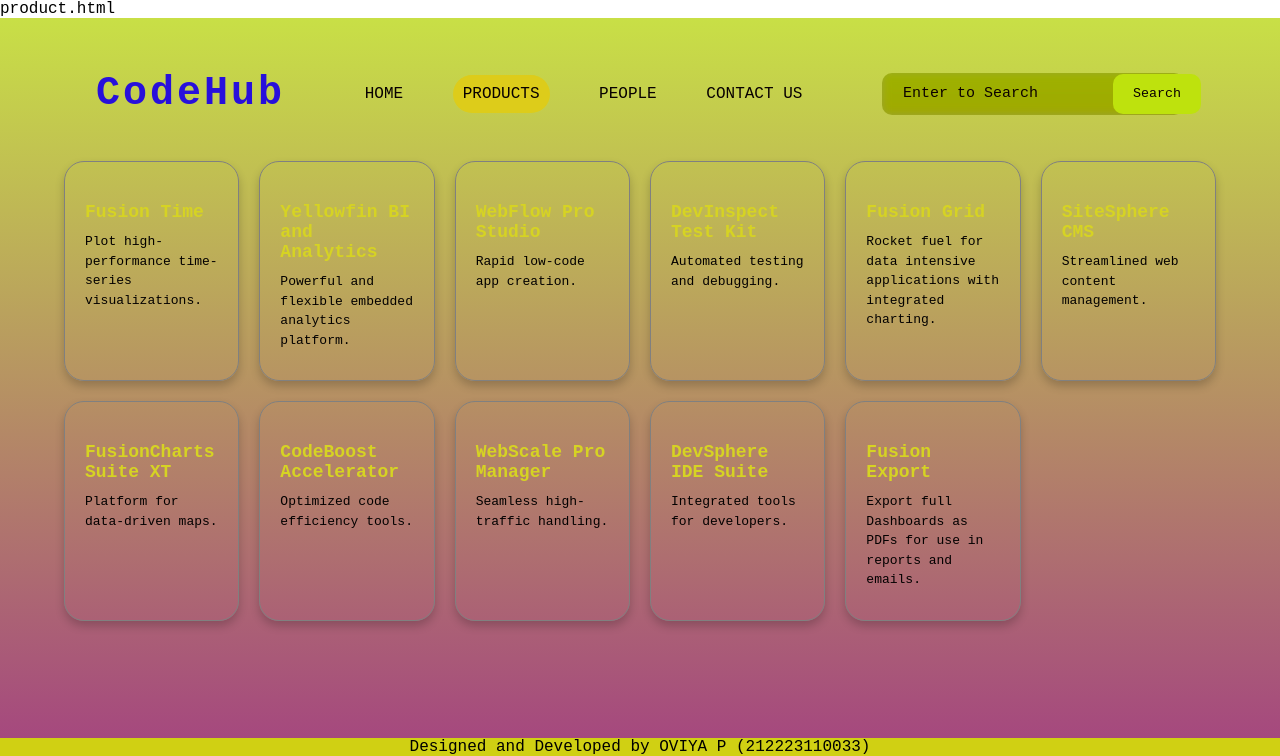
Repository: Oviya24032K6/softweb
Page: oviya/softapp/static/product.html
These files come from the project's save history. The page is drawn as it stood at one moment and after a run of saves; the edit follows.
The browser window is 1280 px wide. The pictures show the whole page.

Above is the page before, as saved 2024-04-24 06:20:05.

### oviya/softapp/static/product.html
product.html

<html>
    <head>
        <meta name="viewport" content="width=device-width, initial-scale=1.0">
        <title> Product Page </title>
        <style type="text/css">
            * {
                margin: 0;
                padding: 0;
                font-family: 'Courier New', Courier, monospace;
            }
            .banner {
                width: 100%;
                height: 100vh;
                background-image: linear-gradient(rgba(182, 213, 8, 0.75),rgba(135, 11, 83, 0.75));
                background-size: cover;
                background-position: center;
            }
            .navbar {
                width: 85%;
                margin: auto;
                padding: 35px 0;
                display: flex;
                align-items: center;
                justify-content: space-between;
            }
            .bg-product {
                border: 1px;
                padding: 10px;
                color: rgb(12, 11, 11);
                background-color:#ddcc1a;
                border-radius: 30px;
            }
            .logo {
                color:#2810db;
                font-size: 40px;
                font-weight: 700;
                letter-spacing: 3px;
            }
            span {
                color: rgb(5, 4, 4);
            }
            form {
                width: 300px;
                height: 40px;
                display: flex;
                background: hsla(0, 100%, 1%, 0.2);
                padding: 1px 1px;
                font-size: 15px;
                border-radius: 10px;
                backdrop-filter: blur(4px) saturate(180%);
            }
            form input {
                background: transparent;
                flex: 1;
                border: 0;
                outline: none;
                padding: 12px 20px;
                font-size: 15px;
                color: rgb(18, 1, 1);
            }
            ::placeholder {
                color: rgb(12, 0, 0);
            }
            form button {
                border: 0;
                outline: none;
                padding: 5px 20px;
                color: rgb(11, 0, 0);
                border-radius: 10px;
                background:#bee20d;
                cursor: pointer;
            }
            .navbar li {
                list-style: none;
                display: inline-block;
                margin: 0 20px;
                position: relative;
            }
            .navbar li a {
                text-decoration: none;
                color: rgb(8, 0, 0);
                text-transform: uppercase;
            }
            .navbar li:hover {
                border: 1px;
                padding: 10px;
                color: rgb(4, 0, 0);
                background-color:#a6c61b;
                transition: 0.5s;
                cursor: pointer;
                border-radius: 30px;
            }
            .container {
                background: transparent;
                padding: 10px 5%;
                padding-bottom: 100px;
            }
            .container .box-container {
                display: grid;
                grid-template-columns: repeat(auto-fit, minmax(170px, 1fr));
                gap: 20px;
            }
            .container .box-container .box {
                color: rgb(8, 0, 0);
                box-shadow: 0 5px 10px rgba(0,0,0,.2);
                border-radius: 20px;
                background: transparent;
                border: 1px solid gray;
                padding: 30px 20px;
            }
            .container .box-container .box img {
                height: 70px;
                border-radius: 20px;
            }
            .container .box-container .box h3 {
                color:#d6d323;
                font-size: large;
                padding: 10px 0;
            }
            .container .box-container .box p {
                color: rgb(3, 0, 0);
                font-size: small;
                line-height: 1.5;
            }
            footer {
                background-color:#d0d013;
                margin-top: auto;
            }
        </style>
    </head>
<body>
    <div class="banner">
        <br>
        <div class="navbar">
            <h1 class="logo">CodeHub</h1>
            <ul>
                <li><a href="http://127.0.0.1:8000/static/homepage.html"> Home </a></li>
                <li><a href="http://127.0.0.1:8000/static/products.html" class="bg-product"> Products </a></li>
                <li><a href="http://127.0.0.1:8000/static/person.html"> People </a></li>
                <li><a href="http://127.0.0.1:8000/static/contactus.html"> Contact us</a></li>
            </ul>
            <form action="" method="get">
                <input type="text" placeholder="Enter to Search">
                <button type="submit"> Search </button>
            </form>
        </div>
        <div class="container">
            <div class="box-container">


                <div class="box">
                    <h3> Fusion Time </h3>
                    <p> Plot high-performance time-series visualizations. </p>
                </div>
                <div class="box">
                    <h3> Yellowfin BI and Analytics </h3>
                    <p> Powerful and flexible embedded analytics platform. </p>
                </div>
                <div class="box">
                    <h3> WebFlow Pro Studio </h3>
                    <p> Rapid low-code app creation. </p>
                </div>
                <div class="box">
                    <h3> DevInspect Test Kit </h3>
                    <p> Automated testing and debugging. </p>
                </div>
                <div class="box">
                    <h3> Fusion Grid </h3>
                    <p> Rocket fuel for data intensive applications with integrated charting. </p>
                </div>
                <div class="box">
                    <h3> SiteSphere CMS </h3>
                    <p> Streamlined web content management. </p>
                </div>
                <div class="box">
                    <h3> FusionCharts Suite XT </h3>
                    <p> Platform for data-driven maps. </p>
                </div>
                <div class="box">
                    <h3> CodeBoost Accelerator </h3>
                    <p> Optimized code efficiency tools. </p>
                </div>
                <div class="box">
                    <h3> WebScale Pro Manager </h3>
                    <p> Seamless high-traffic handling. </p>
                </div>
                <div class="box">
                    <h3> DevSphere IDE Suite </h3>
                    <p> Integrated tools for developers. </p>
                </div>
                <div class="box">
                    <h3> Fusion Export </h3>
                    <p> Export full Dashboards as PDFs for use in reports and emails. </p>
                </div>

            </div>

            </div>
        </div>
    </div>
    <footer>
        <center> Designed and Developed by OVIYA P (212223110033) </center>
    </footer>
</body>
</html>

After the next 2 saves:
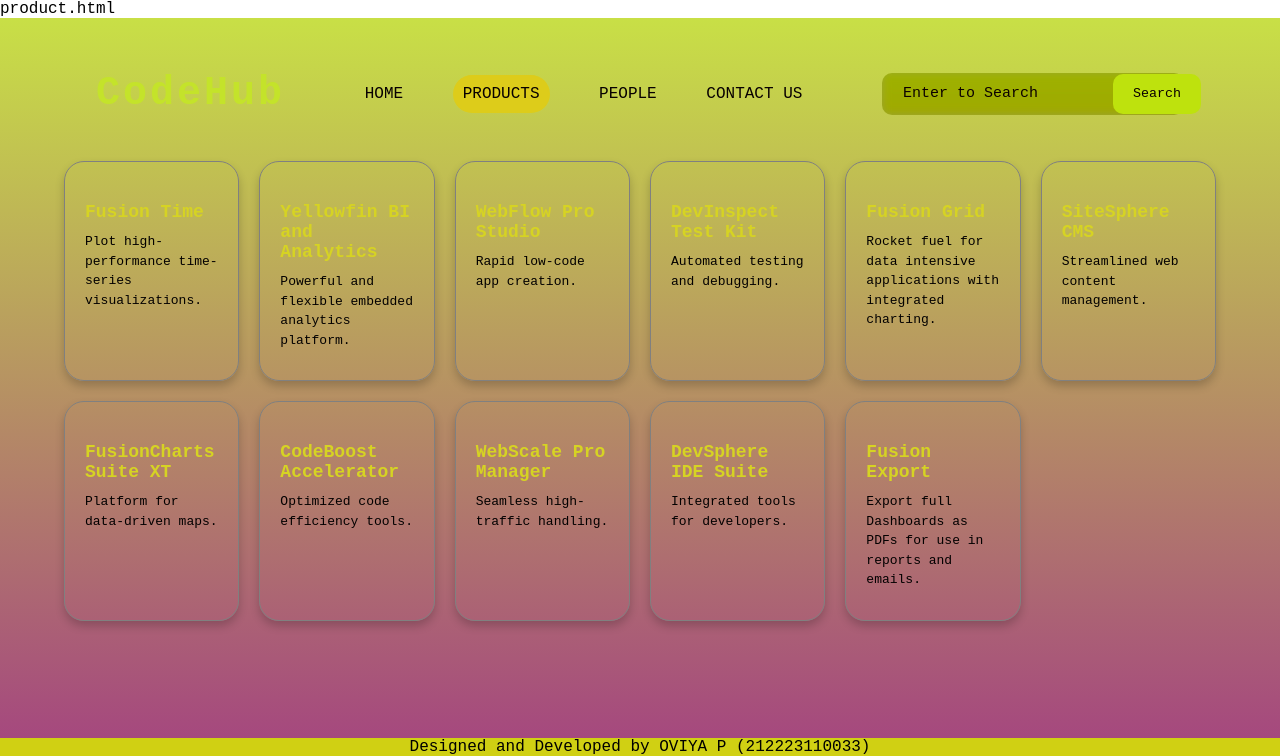
The 2 saves are shown as one change because they came seconds apart.
The last was saved 6 s later.
--- a/oviya/softapp/static/product.html
+++ b/oviya/softapp/static/product.html
@@ -33,7 +33,7 @@ product.html
                 border-radius: 30px;
             }
             .logo {
-                color:#2810db;
+                color:#c4e32a;
                 font-size: 40px;
                 font-weight: 700;
                 letter-spacing: 3px;
